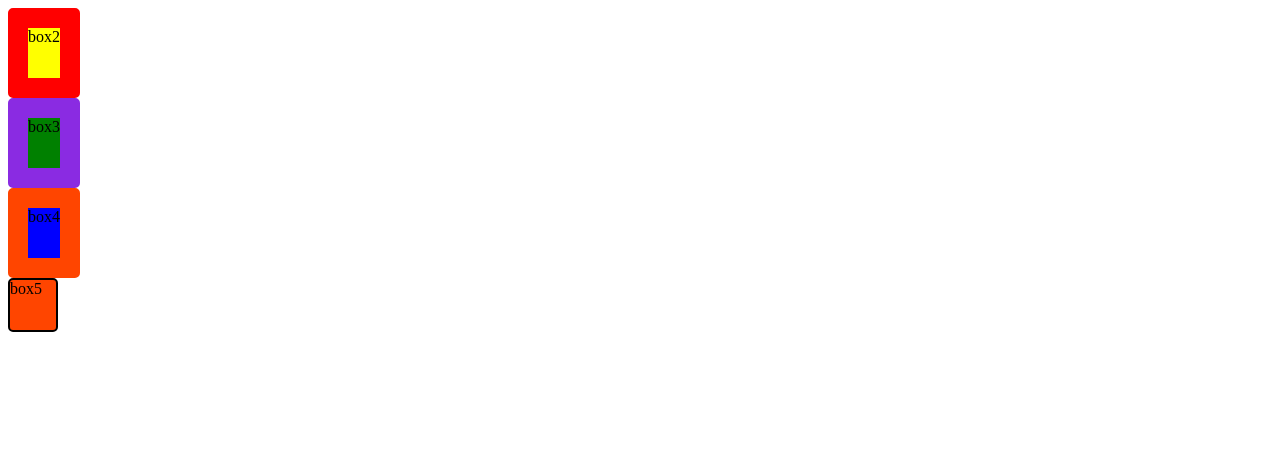
Repository: ABDUSALIMSUBAHIELBASHI/full-html-css-js
Page: Desktop/coding/css/indexday2.html
An editor plug-in stored every save of this project. The page is shown before and after the next save, followed by the edit.
The browser window is 1280 px wide. The pictures show the whole page.

Above is the page before, as saved 2025-09-16 11:13:25.

After the next save:
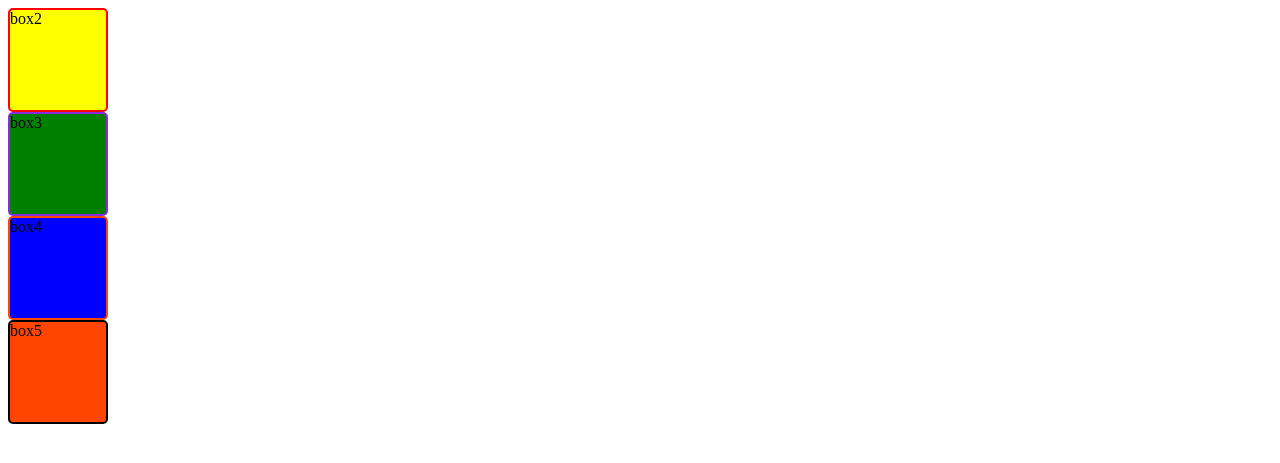
Saved 71 s later.
--- a/Desktop/coding/css/indexday2.css
+++ b/Desktop/coding/css/indexday2.css
@@ -7,30 +7,30 @@
     align-items: center;
 }
 #box{
-    width: 50px;
-    height: 50px;
+    width: 100px;
+    height: 100px;
 }
 .box2{
     background-color: yellow;
-    width: 50px;
-    height: 50px;
+    width: 100px;
+    height: 100px;
     border-radius: 5px;
-    border: 20px solid red;
+    border: 2px solid red;
 }
 .box3{
  background-color:green;
-    width: 50px;
-    height: 50px;
+    width: 100px;
+    height: 100px;
     border-radius: 5px;
-    border: 20px solid blueviolet;
+    border: 2px solid blueviolet;
 }
 
 .box4{
  background-color: blue;
-    width: 50px;
-    height: 50px;
+    width: 100px;
+    height: 100px;
     border-radius: 5px;
-    border: 20px solid orangered;
+    border: 2px solid orangered;
 }
 
 .box5{
